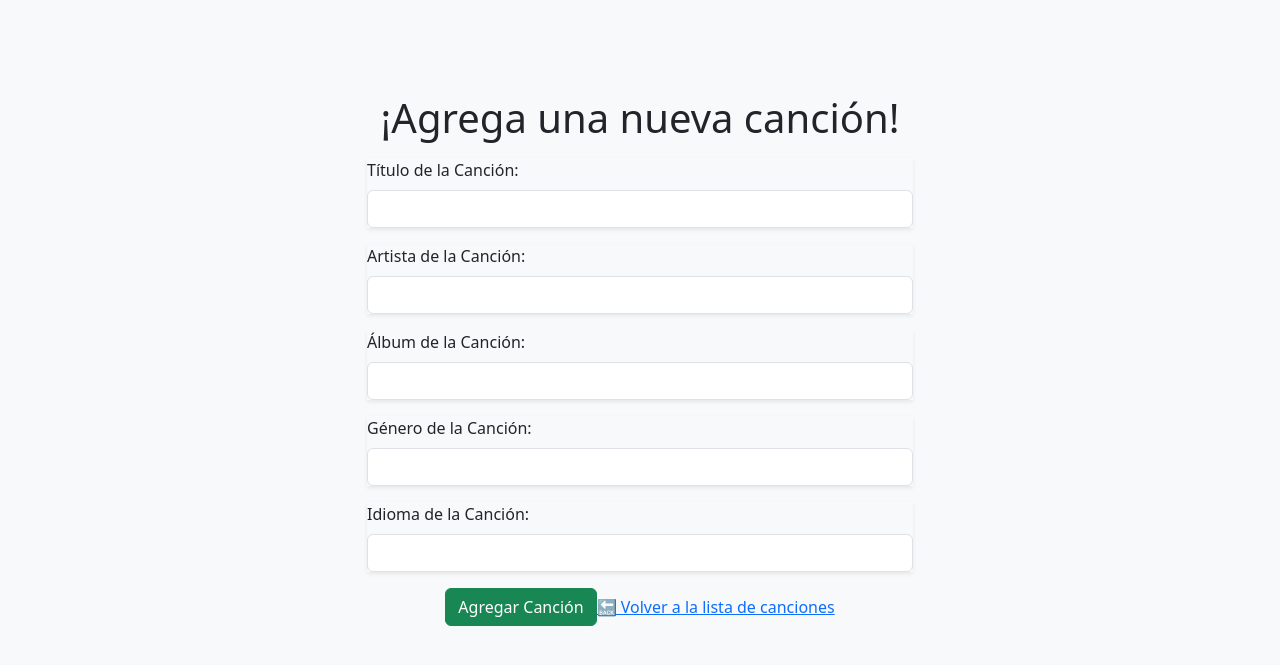
Repository: mariavanez/eliminar_canciones
Page: http://localhost/Canciones/WEB-INF/agregarCancion.jsp
The author's editor kept a copy of each file at every save. The page is drawn from the files as they stood at one save, then again after the next save.
The browser window is 1280 px wide. The pictures show the whole page.
The page is served by Tomcat 9. Nobody is signed in. Other server files are loaded and not shown. The template is opened directly, without the code that normally fills it, so the values that code supplies are empty.

Above is the page before, as saved 2025-02-09 18:10:07.

### Canciones/src/main/webapp/WEB-INF/agregarCancion.jsp
<%@ page language="java" contentType="text/html; charset=UTF-8"
    pageEncoding="UTF-8"%>
<%@ taglib prefix="c" uri="http://java.sun.com/jsp/jstl/core" %>
<%@ taglib prefix="form" uri="http://www.springframework.org/tags/form"%>
<!DOCTYPE html>
<html>
<head>
<meta charset="UTF-8">
<title>Agregar una canción</title>
<link href="https://cdn.jsdelivr.net/npm/bootstrap@5.3.3/dist/css/bootstrap.min.css" rel="stylesheet" integrity="sha384-QWTKZyjpPEjISv5WaRU9OFeRpok6YctnYmDr5pNlyT2bRjXh0JMhjY6hW+ALEwIH" crossorigin="anonymous">
</head>
<body class="d-flex justify-content-center align-items-center" style="min-height: 100vh; background-color: #f8f9fa;">
	<main class="container">
		<div class="row justify-content-center">
			<div class="col-12 col-md-6">
				<h1 class="text-center mb-3">¡Agrega una nueva canción!</h1>
				<form:form action="/canciones/procesa/agregar" method="post" modelAttribute="cancion" >
					<div class="mb-3 shadow-sm">
						<form:label path="titulo" for="titulo" class="form-label">Título de la Canción:</form:label>
						<form:input path="titulo" type="text" class="form-control"></form:input>
						<form:errors path="titulo" class="text-danger bg-light rounded p-1 d-block mt-1"></form:errors>
					</div>
					<div class="mb-3 shadow-sm">
						<form:label path="artista" for="artista" class="form-label">Artista de la Canción:</form:label>
						<form:input path="artista" type="text"  class="form-control"></form:input>
						<form:errors path="artista" class="text-danger bg-light rounded p-1 d-block mt-1"></form:errors>
					</div>
					<div class="mb-3 shadow-sm">
						<form:label path="album" for="album" class="form-label">Álbum de la Canción:</form:label>
						<form:input path="album" type="text" class="form-control"></form:input>
						<form:errors path="album" class="text-danger bg-light rounded p-1 d-block mt-1"></form:errors>
					</div>
					<div class="mb-3 shadow-sm">
						<form:label path="genero" for="genero" class="form-label">Género de la Canción:</form:label>
						<form:input path="genero" type="text" class="form-control"></form:input>
						<form:errors path="genero" class="text-danger bg-light rounded p-1 d-block mt-1"></form:errors>
					</div>
					<div class="mb-3 shadow-sm">
						<form:label path="idioma" for="idioma" class="form-label">Idioma de la Canción:</form:label>
						<form:input path="idioma" type="text" class="form-control"></form:input>
						<form:errors path="idioma" class="text-danger bg-light rounded p-1 d-block mt-1"></form:errors>
					</div>
					<div class="d-flex justify-content-center align-items-center">
						<button type="submit" class="btn btn-success">Agregar Canción</button>
						<a href="/canciones">🔙 Volver a la lista de canciones</a>
					</div>
				</form:form>
			</div>
		</div>
	</main>
</body>
</html>

After the next save:
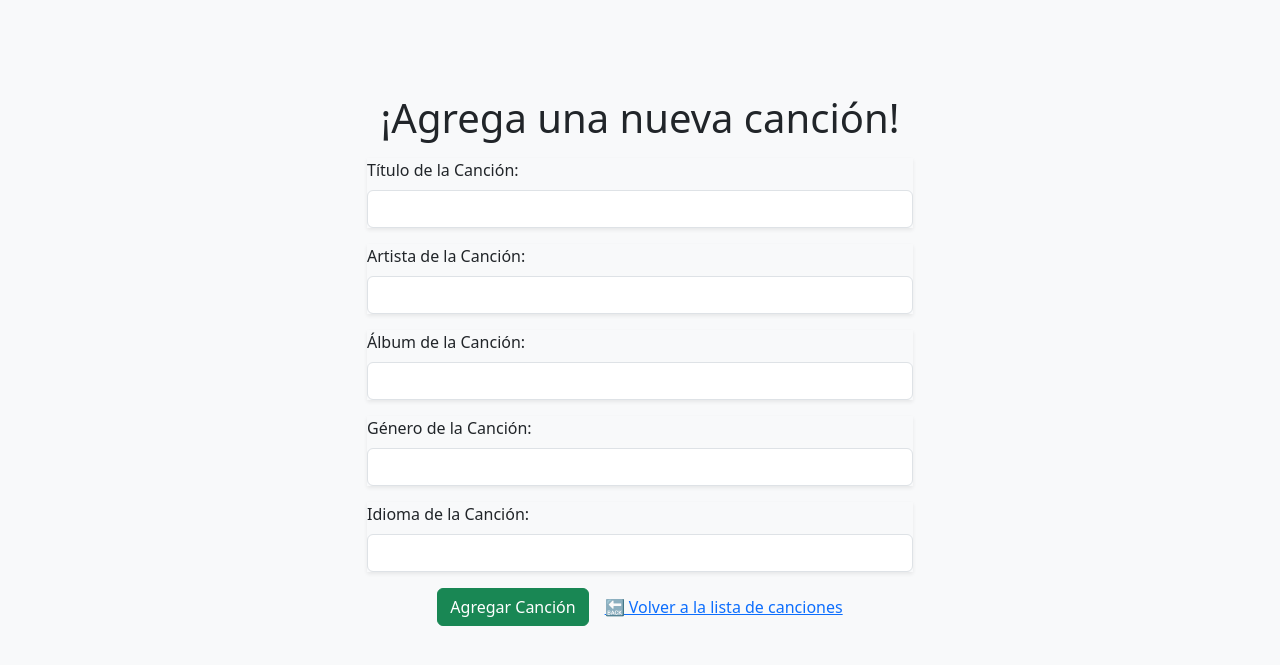
Saved 21 s later.
--- a/Canciones/src/main/webapp/WEB-INF/agregarCancion.jsp
+++ b/Canciones/src/main/webapp/WEB-INF/agregarCancion.jsp
@@ -40,7 +40,7 @@
 						<form:input path="idioma" type="text" class="form-control"></form:input>
 						<form:errors path="idioma" class="text-danger bg-light rounded p-1 d-block mt-1"></form:errors>
 					</div>
-					<div class="d-flex justify-content-center align-items-center">
+					<div class="d-flex justify-content-center align-items-center gap-3">
 						<button type="submit" class="btn btn-success">Agregar Canción</button>
 						<a href="/canciones">🔙 Volver a la lista de canciones</a>
 					</div>
